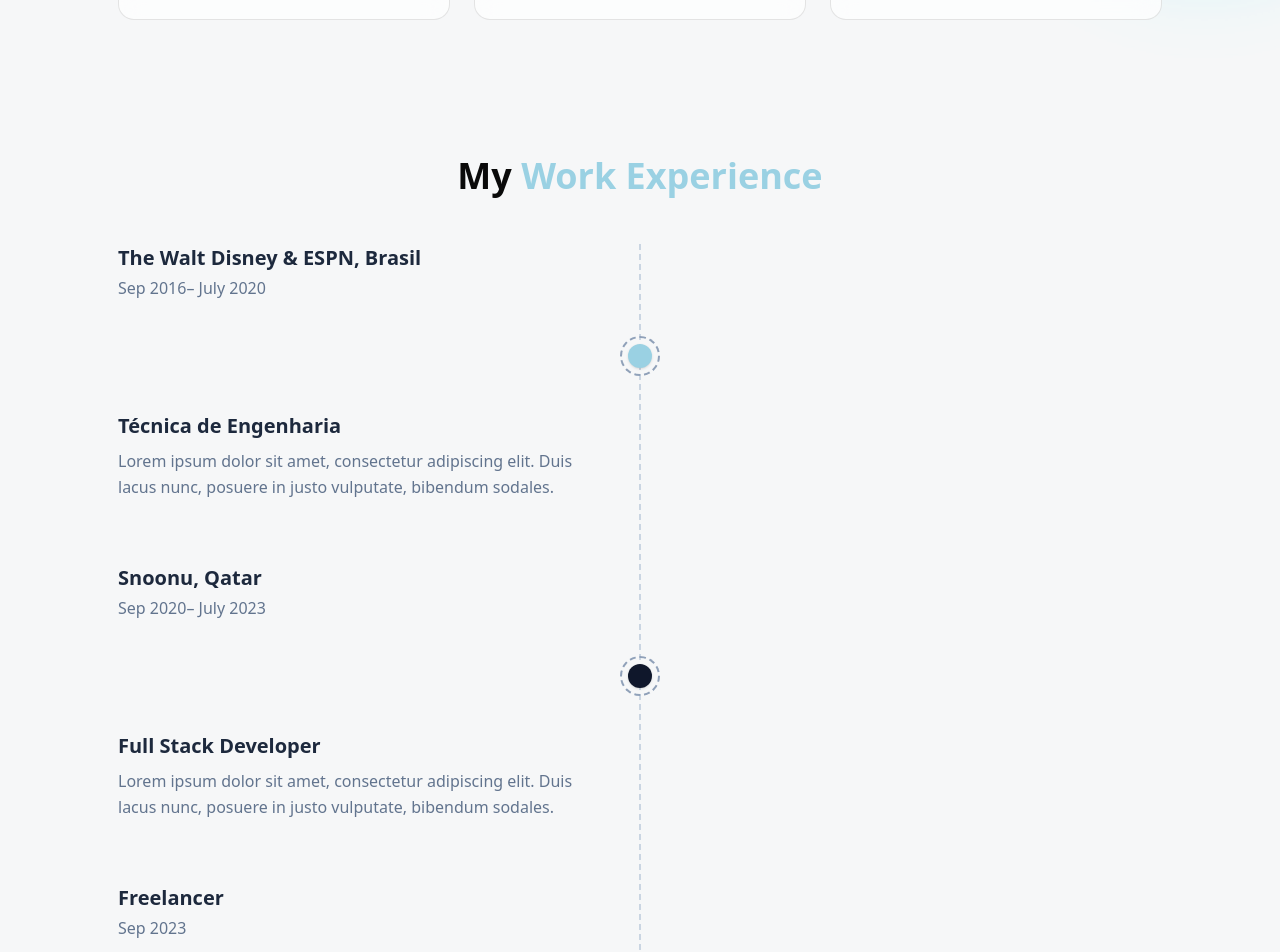
Repository: nina-rebello/portfolio
Page: /
These files come from the project's save history. The page is drawn as it stood at one moment and after the next save; the edit follows.
The browser window is 1280 px wide. The pictures show the part of the page from y = 2029 to 2981 px (the page is 3189 px tall before and 3081 px after).
The project was rebuilt for these pictures with package versions that can differ from the ones it lists, and the page was loaded fresh each time. Some packages were replaced by stand-ins written for this rebuild. The framework's server and built-in components were replaced by stand-ins that run in the browser. Also part of the build but not shown: next.config.ts.

Above is the page before, as saved 2025-09-11 18:49:05.

### app/page.tsx
// app/page.tsx
import Header from "@/components/header/Header";
import AboutMe from "@/components/sections/About";
import Hero from "@/components/sections/Hero";
import Projects from "@/components/sections/Projects";
import Services from "@/components/sections/Services";
import WorkExperience from "@/components/sections/WorkExperience";

export default function HomePage() {
  return (
    <>
      <Header />
      <main>
        <Hero />
        <AboutMe />
        <Services />
        <Projects />
        <WorkExperience />
      </main>
    </>
  );
}

### app/globals.css
@import "tailwindcss";
/* app/(styles)/header.css */
:root{
  --bg:#f6f7f8;           /* fundo clarinho do mock */
  --ink:#0a0a0a;          /* texto principal */
  --muted:#4b5563;        /* texto secundário */
  --pill:#ffffff;         /* fundo do header/cta pill */
  --brand:#9ad1e3;        /* azul do “Nina” e estrelas */
}

html,body{background:var(--bg); color:var(--ink);}

/* helpers */
.container-hero{max-width:1100px; margin-inline:auto; padding-inline:clamp(16px,3vw,28px);}
.glass{
  background:var(--pill);
  border:1px solid rgba(0,0,0,.08);
  box-shadow:0 6px 24px rgba(0,0,0,.08);
}
.btn-pill{
  border-radius:9999px; padding:10px 18px; font-weight:600;
  background:#111; color:#fff; border:1px solid rgba(255,255,255,.1);
  transition:transform .15s ease, box-shadow .15s ease, opacity .2s ease;
}
.btn-pill:hover{ transform:translateY(-1px); box-shadow:0 8px 24px rgba(0,0,0,.18);}
.nav-link{ padding:10px 14px; border-radius:12px; font-weight:600; }
.nav-link:hover{ background:rgba(0,0,0,.04); }

.no-scrollbar::-webkit-scrollbar{ display:none; }
.no-scrollbar{ -ms-overflow-style:none; scrollbar-width:none; }

### components/header/Header.tsx
"use client";

import Link from "next/link";
import { useState, useEffect } from "react";
import { Menu, X } from "lucide-react";

const NAV = [
  { label: "About", href: "#about" },
  { label: "Services", href: "#services" },
  { label: "Projects", href: "#projects" },
  { label: "Contact", href: "#contact" },
];

export default function Header() {
  const [open, setOpen] = useState(false);

  // fecha o menu ao navegar/scroll
  useEffect(() => {
    const close = () => setOpen(false);
    window.addEventListener("scroll", close);
    return () => window.removeEventListener("scroll", close);
  }, []);

  return (
    <header className="sticky top-7 z-50">
      <div className="container-hero">
        <div
          className="glass flex items-center justify-between rounded-[32px] px-4 sm:px-6 py-1.5"
          role="navigation"
          aria-label="Primary"
        >
          {/* logo / nome */}
          <Link href="/" className="font-bold tracking-tight text-xl sm:text-2xl">
            Nina
          </Link>

          {/* desktop nav */}
          <nav className="hidden md:flex items-center gap-1">
            {NAV.map((i) => (
              <a key={i.href} href={i.href} className="nav-link">
                {i.label}
              </a>
            ))}
          </nav>

          {/* CTA */}
          <div className="hidden md:block">
            <a href="#contact" className="btn-pill">Let’s Talk</a>
          </div>

          {/* mobile toggle */}
          <button
            aria-label="Abrir menu"
            className="md:hidden p-2 rounded-xl hover:bg-black/5"
            onClick={() => setOpen((v) => !v)}
          >
            {open ? <X /> : <Menu />}
          </button>
        </div>

        {/* mobile sheet */}
        {open && (
          <div className="md:hidden mt-2 glass rounded-3xl p-3">
            <nav className="grid gap-1">
              {NAV.map((i) => (
                <a
                  key={i.href}
                  href={i.href}
                  className="nav-link"
                  onClick={() => setOpen(false)}
                >
                  {i.label}
                </a>
              ))}
              <a href="#contact" className="btn-pill text-center mt-1">
                Let’s Talk
              </a>
            </nav>
          </div>
        )}
      </div>
    </header>
  );
}

### components/sections/About.tsx
export default function AboutMe() {
  return (
    <section id="about" className="bg-[#111] text-white  py-11 sm:py-15 mt-4 sm:mt-20">
      <div className="container-hero text-center">
        <h2 className="text-3xl sm:text-4xl font-extrabold mb-6">
          About Me
        </h2>
        <p className="max-w-2xl mx-auto text-lg text-gray-300 leading-relaxed">
          I’m a passionate website developer focused on building
          clean, responsive, and user-friendly websites.
          {/* <br /> */}
          With strong attention to detail and a love for design,
          I combine creativity with functionality.
        </p>
      </div>
    </section>
  );
}

### components/sections/Hero.tsx
import { Quote, Star } from "lucide-react";

function HelloBubble() {
  return (
    <div className="inline-flex items-center gap-2">
      <span className="inline-flex items-center justify-center rounded-full border px-4 py-2 text-sm font-semibold">
        Hello!
      </span>
    </div>
  );
}

export default function Hero() {
  return (
    <section className="pt-20 sm:pt-28">
      <div className="container-hero">
        {/* bloco principal */}
        <div className="text-center">
          <div className="mb-6 sm:mb-8">
            <HelloBubble />
          </div>

          <p className="text-4xl sm:text-5xl md:text-6xl font-bold tracking-tight">
            I’m{" "}
            <span style={{ color: "var(--brand)" }}>
              Nina
            </span>
            ,
          </p>
          <h1 className="mt-2 text-4xl sm:text-6xl md:text-7xl font-bold tracking-tight">
            Website Developer
          </h1>
        </div>

        {/* faixa inferior: quote esquerda / rating direita */}
        <div className="mt-16 grid grid-cols-1 md:grid-cols-2 gap-8 items-start">
          {/* quote */}
          <div className="flex gap-3">
            <div className="mt-1">
              <Quote className="text-[var(--brand)]" />
            </div>
            <div>
              <p className="font-semibold">
                Lorem ipsum dolor sit amet, consectetur adipiscing elit
              </p>
              <p className="text-[var(--muted)]">
                sed do eiusmod tempor incididunt ut labore et dolore magna aliqua.
              </p>
            </div>
          </div>

          {/* rating / experiência */}
          <div className="flex md:justify-end">
            <div className="text-right">
              <div className="flex justify-end gap-1 mb-2" aria-label="5 out of 5 stars">
                {Array.from({ length: 5 }).map((_, i) => (
                  <Star key={i} className="text-[var(--brand)]" fill="currentColor" size={22} />
                ))}
              </div>
              <div className="text-3xl sm:text-4xl font-bold">2 Years</div>
              <div className="text-[var(--muted)]">Experience</div>
            </div>
          </div>
        </div>
      </div>
    </section>
  );
}

### components/sections/Services.tsx
import Image from "next/image";

const services = [
  {
    icon: "/icons/icons8-source-code-96.png",
    title: "Software Development",
    desc: "Custom applications built to solve real problems.",
  },
  {
    icon: "/icons/icons8-internet-100.png",
    title: "Web Development",
    desc: "Modern, scalable and optimized websites.",
  },
  {
    icon: "/icons/icons8-web-100.png",
    title: "Web Design",
    desc: "In partnership with Luana Rebello, focused on elegant UI.",
  },
];

export default function Services() {
  return (
    <section id="services" className="relative overflow-hidden">
      {/* === gradientes de fundo === */}
      <div className="absolute inset-0 z-0 pointer-events-none select-none">
        <Image
          src="/gradients/light-leak-blur-transparent-free-png.png"
          alt=""
          width={1400}
          height={1000}
          className="absolute -top-10 left-200 w-[1000px] opacity-80"
          priority
        />
        <Image
          src="/gradients/blur-gradient.png"
          alt=""
          width={760}
          height={760}
          className="absolute top-44 right-230 w-[860px] opacity-70"
        />
      </div>

      {/* === faixa branca por cima dos gradientes === */}
      <div className="relative z-10 bg-white pt-20 pb-18 text-center">
        <div className="container-hero">
          <h2 className="text-3xl sm:text-4xl font-extrabold mb-6">Services</h2>
          <p className="max-w-3xl mx-auto text-gray-700">
            Lorem ipsum dolor sit amet consectetur. Mollis erat duis aliquam
            mauris est risus lectus. Phasellus consequat urna tellus
          </p>
        </div>
        {/* fade branco para transição suave */}
        <div className="absolute bottom-0 left-0 right-0 h-12 bg-gradient-to-b from-white to-transparent" />
      </div>

      {/* === grid de cards === */}
    <div className="relative z-10 container-hero py-16">
      <div className="grid gap-8 sm:grid-cols-2 lg:grid-cols-3">
        {services.map((s) => (
          <div
            key={s.title}
            className="rounded-2xl p-8 backdrop-blur-md bg-white/40
                      border border-black/10 shadow-[0_8px_24px_rgba(0,0,0,0.08)]
                      transition hover:shadow-[0_12px_32px_rgba(0,0,0,0.12)]"
          >
            <div className="flex flex-col items-start text-left">
              <Image
                src={s.icon}
                alt={s.title}
                width={50}
                height={50}
                className="mb-4 opacity-90"
              />
              <h3 className="font-semibold text-2xl mb-3">{s.title}</h3>
              <p className="text-gray-600 text-sm leading-relaxed">{s.desc}</p>
              {s.title === "Web Design" && (
                <p className="mt-4 text-xs text-gray-500">
                  Em parceria com Luana Rebello
                </p>
              )}
            </div>
          </div>
        ))}
      </div>
    </div>
    </section>
  );
}

### components/sections/WorkExperience.tsx
"use client";

import React, { useEffect, useRef, useState } from "react";

type Item = {
  company: string;
  period: string;
  role: string;
  description?: string;
};

const ITEMS: Item[] = [
  {
    company: "The Walt Disney & ESPN, Brasil",
    period: "Sep 2016– July 2020",
    role: "Técnica de Engenharia",
    description:
      "Lorem ipsum dolor sit amet, consectetur adipiscing elit. Duis lacus nunc, posuere in justo vulputate, bibendum sodales.",
  },
  {
    company: "Snoonu, Qatar",
    period: "Sep 2020– July 2023",
    role: "Full Stack Developer",
    description:
      "Lorem ipsum dolor sit amet, consectetur adipiscing elit. Duis lacus nunc, posuere in justo vulputate, bibendum sodales.",
  },
  {
    company: "Freelancer",
    period: "Sep 2023",
    role: "Full Stack Developer",
  },
];

export default function WorkExperience() {
  const sectionRef = useRef<HTMLElement | null>(null);
  const [lineOn, setLineOn] = useState(false);
  const [seen, setSeen] = useState<boolean[]>(Array(ITEMS.length).fill(false));
  const rowsRef = useRef<Array<HTMLDivElement | null>>([]);

  useEffect(() => {
    // anima a LINHA única ao entrar
    const ioLine = new IntersectionObserver(
      ([entry]) => setLineOn(entry.isIntersecting),
      { threshold: 0.3 }
    );
    if (sectionRef.current) ioLine.observe(sectionRef.current);
    return () => ioLine.disconnect();
  }, []);

  useEffect(() => {
    // anima cada linha (textos + ponto) com stagger
    const io = new IntersectionObserver(
      (entries) => {
        entries.forEach((entry) => {
          const index = Number((entry.target as HTMLElement).dataset.index);
          if (entry.isIntersecting) {
            setSeen((prev) => {
              if (prev[index]) return prev;
              const next = [...prev];
              next[index] = true;
              return next;
            });
          }
        });
      },
      { threshold: 0.45 }
    );
    rowsRef.current.forEach((el) => el && io.observe(el));
    return () => io.disconnect();
  }, []);

  return (
    <section ref={sectionRef} id="experience" className="relative overflow-hidden py-20">
      <div className="container-hero">
        <h2 className="text-center text-3xl sm:text-4xl font-extrabold">
          My <span className="text-[var(--brand)]">Work Experience</span>
        </h2>

        {/* wrapper com LINHA ÚNICA ao centro */}
        <div className="relative mt-12">
          {/* linha vertical única (tracejada) que atravessa tudo */}
          <div
            className={`pointer-events-none absolute left-1/2 -translate-x-1/2 top-0 bottom-0
                        w-0.5 border-l-2 border-dashed border-slate-300 origin-top
                        transition-transform duration-[1200ms] ease-[cubic-bezier(0.22,1,0.36,1)]
                        ${lineOn ? "scale-y-100" : "scale-y-0"}`}
            aria-hidden
          />

          <div className="space-y-16">
  {ITEMS.map((it, idx) => {
    const active = seen[idx];
    return (
      <div
        key={it.company + idx}
        ref={(el) => (rowsRef.current[idx] = el)}
        data-index={idx}
        className="grid grid-cols-[1fr,64px,1fr] items-start gap-8"
      >
        {/* ESQUERDA (empresa + período) */}
        <div
          className={`transition-all duration-700 ${
            active ? "opacity-100 translate-x-0" : "opacity-0 -translate-x-6"
          }`}
          style={{ transitionDelay: `${idx * 120}ms` }}
        >
          <h3 className="text-lg sm:text-xl font-extrabold text-slate-800">
            {it.company}
          </h3>
          <p className="mt-1 text-slate-500">{it.period}</p>
        </div>

        {/* CENTRO (ponto na linha) */}
        <div className="relative flex items-center justify-center h-12">
          <span
            className={`relative inline-flex h-10 w-10 items-center justify-center
                        transition-transform duration-500 ${
                          active ? "scale-100" : "scale-75"
                        }`}
            style={{ transitionDelay: `${220 + idx * 120}ms` }}
          >
            <span className="absolute inset-0 rounded-full border-2 border-dashed border-slate-400" />
            <span
              className={`absolute inset-0 rounded-full ${
                active ? "animate-[pulseRing_1.6s_ease-out_1]" : ""
              }`}
              style={{ animationDelay: `${260 + idx * 120}ms` }}
            />
            <span
              className={`inline-block h-6 w-6 rounded-full shadow
                          ${idx === 1 ? "bg-slate-900" : "bg-[var(--brand)]"}`}
            />
          </span>
        </div>

        {/* DIREITA (cargo + descrição) */}
        <div
          className={`transition-all duration-700 ${
            active ? "opacity-100 translate-x-0" : "opacity-0 translate-x-6"
          }`}
          style={{ transitionDelay: `${180 + idx * 120}ms` }}
        >
          <h3 className="text-lg sm:text-xl font-extrabold text-slate-800">
            {it.role}
          </h3>
          {it.description && (
            <p className="mt-2 text-slate-500 leading-relaxed max-w-[460px]">
              {it.description}
            </p>
          )}
        </div>
      </div>
    );
  })}
</div>

        </div>
      </div>

      {/* estilos das animações */}
      <style jsx>{`
        @keyframes pulseRing {
          0% {
            box-shadow: 0 0 0 0 rgba(154, 209, 227, 0.55);
          }
          70% {
            box-shadow: 0 0 0 14px rgba(154, 209, 227, 0);
          }
          100% {
            box-shadow: 0 0 0 0 rgba(154, 209, 227, 0);
          }
        }

        /* responsivo: empilha em telas pequenas */
        @media (max-width: 640px) {
          :global(#experience .grid) {
            grid-template-columns: 1fr;
          }
          :global(#experience .grid > div:nth-child(2)) {
            order: 3;
            height: 48px;
          }
        }
      `}</style>
    </section>
  );
}

Loaded but not shown: app/layout.tsx (common file); components/sections/Projects.tsx (277 lines, source omitted)

After the next save:
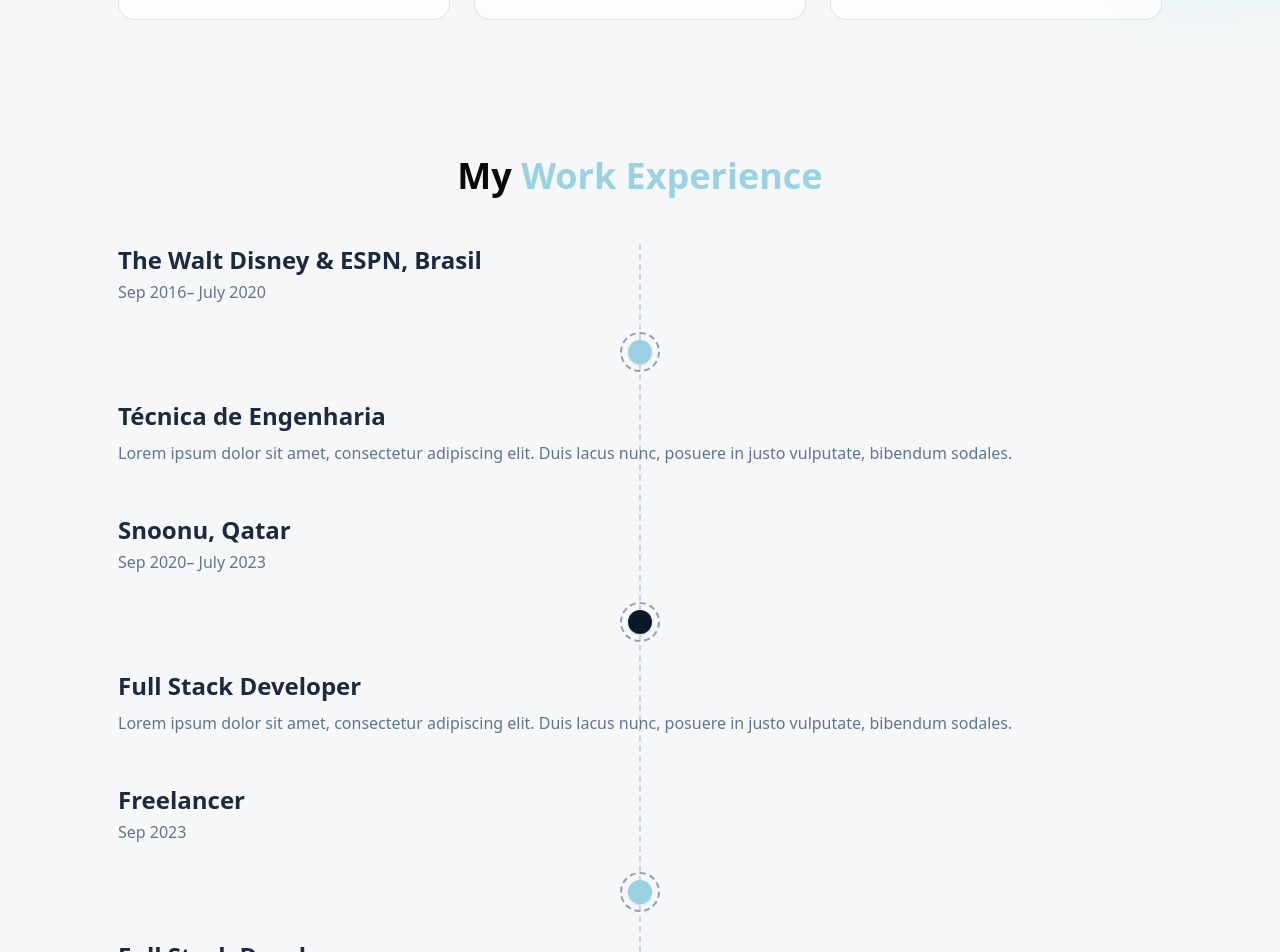
Saved 55 s later.
--- a/components/sections/WorkExperience.tsx
+++ b/components/sections/WorkExperience.tsx
@@ -87,73 +87,72 @@ export default function WorkExperience() {
             aria-hidden
           />
 
-          <div className="space-y-16">
-  {ITEMS.map((it, idx) => {
-    const active = seen[idx];
-    return (
-      <div
-        key={it.company + idx}
-        ref={(el) => (rowsRef.current[idx] = el)}
-        data-index={idx}
-        className="grid grid-cols-[1fr,64px,1fr] items-start gap-8"
-      >
-        {/* ESQUERDA (empresa + período) */}
-        <div
-          className={`transition-all duration-700 ${
-            active ? "opacity-100 translate-x-0" : "opacity-0 -translate-x-6"
-          }`}
-          style={{ transitionDelay: `${idx * 120}ms` }}
-        >
-          <h3 className="text-lg sm:text-xl font-extrabold text-slate-800">
-            {it.company}
-          </h3>
-          <p className="mt-1 text-slate-500">{it.period}</p>
-        </div>
+          {/* linhas/itens */}
+          <div className="space-y-12">
+            {ITEMS.map((it, idx) => {
+              const active = seen[idx];
+              return (
+                <div
+                  key={it.company + idx}
+                  ref={(el) => { rowsRef.current[idx] = el; }}
+                  data-index={idx}
+                  className="grid grid-cols-[1fr,64px,1fr] items-start gap-6"
+                >
+                  {/* esquerda */}
+                  <div
+                    className={`transition-all duration-700 ${
+                      active ? "opacity-100 translate-x-0" : "opacity-0 -translate-x-6"
+                    }`}
+                    style={{ transitionDelay: `${idx * 120}ms` }}
+                  >
+                    <h3 className="text-xl sm:text-2xl font-extrabold text-slate-800">
+                      {it.company}
+                    </h3>
+                    <p className="mt-1 text-slate-500">{it.period}</p>
+                  </div>
 
-        {/* CENTRO (ponto na linha) */}
-        <div className="relative flex items-center justify-center h-12">
-          <span
-            className={`relative inline-flex h-10 w-10 items-center justify-center
-                        transition-transform duration-500 ${
-                          active ? "scale-100" : "scale-75"
-                        }`}
-            style={{ transitionDelay: `${220 + idx * 120}ms` }}
-          >
-            <span className="absolute inset-0 rounded-full border-2 border-dashed border-slate-400" />
-            <span
-              className={`absolute inset-0 rounded-full ${
-                active ? "animate-[pulseRing_1.6s_ease-out_1]" : ""
-              }`}
-              style={{ animationDelay: `${260 + idx * 120}ms` }}
-            />
-            <span
-              className={`inline-block h-6 w-6 rounded-full shadow
-                          ${idx === 1 ? "bg-slate-900" : "bg-[var(--brand)]"}`}
-            />
-          </span>
-        </div>
+                  {/* ponto central */}
+                  <div className="relative flex items-center justify-center h-12">
+                    <span
+                      className={`relative inline-flex h-10 w-10 items-center justify-center
+                                  transition-transform duration-500 ${
+                                    active ? "scale-100" : "scale-75"
+                                  }`}
+                      style={{ transitionDelay: `${220 + idx * 120}ms` }}
+                    >
+                      {/* aro tracejado externo */}
+                      <span className="absolute inset-0 rounded-full border-2 border-dashed border-slate-400" />
+                      {/* pulso */}
+                      <span
+                        className={`absolute inset-0 rounded-full ${active ? "animate-[pulseRing_1.6s_ease-out_1]" : ""}`}
+                        style={{ animationDelay: `${260 + idx * 120}ms` }}
+                      />
+                      {/* círculo preenchido (meio escuro como no mock) */}
+                      <span
+                        className={`inline-block h-6 w-6 rounded-full shadow
+                                    ${idx === 1 ? "bg-slate-900" : "bg-[var(--brand)]"}`}
+                      />
+                    </span>
+                  </div>
 
-        {/* DIREITA (cargo + descrição) */}
-        <div
-          className={`transition-all duration-700 ${
-            active ? "opacity-100 translate-x-0" : "opacity-0 translate-x-6"
-          }`}
-          style={{ transitionDelay: `${180 + idx * 120}ms` }}
-        >
-          <h3 className="text-lg sm:text-xl font-extrabold text-slate-800">
-            {it.role}
-          </h3>
-          {it.description && (
-            <p className="mt-2 text-slate-500 leading-relaxed max-w-[460px]">
-              {it.description}
-            </p>
-          )}
-        </div>
-      </div>
-    );
-  })}
-</div>
-
+                  {/* direita */}
+                  <div
+                    className={`transition-all duration-700 ${
+                      active ? "opacity-100 translate-x-0" : "opacity-0 translate-x-6"
+                    }`}
+                    style={{ transitionDelay: `${180 + idx * 120}ms` }}
+                  >
+                    <h3 className="text-xl sm:text-2xl font-extrabold text-slate-800">
+                      {it.role}
+                    </h3>
+                    {it.description && (
+                      <p className="mt-2 text-slate-500 leading-relaxed">{it.description}</p>
+                    )}
+                  </div>
+                </div>
+              );
+            })}
+          </div>
         </div>
       </div>
 
